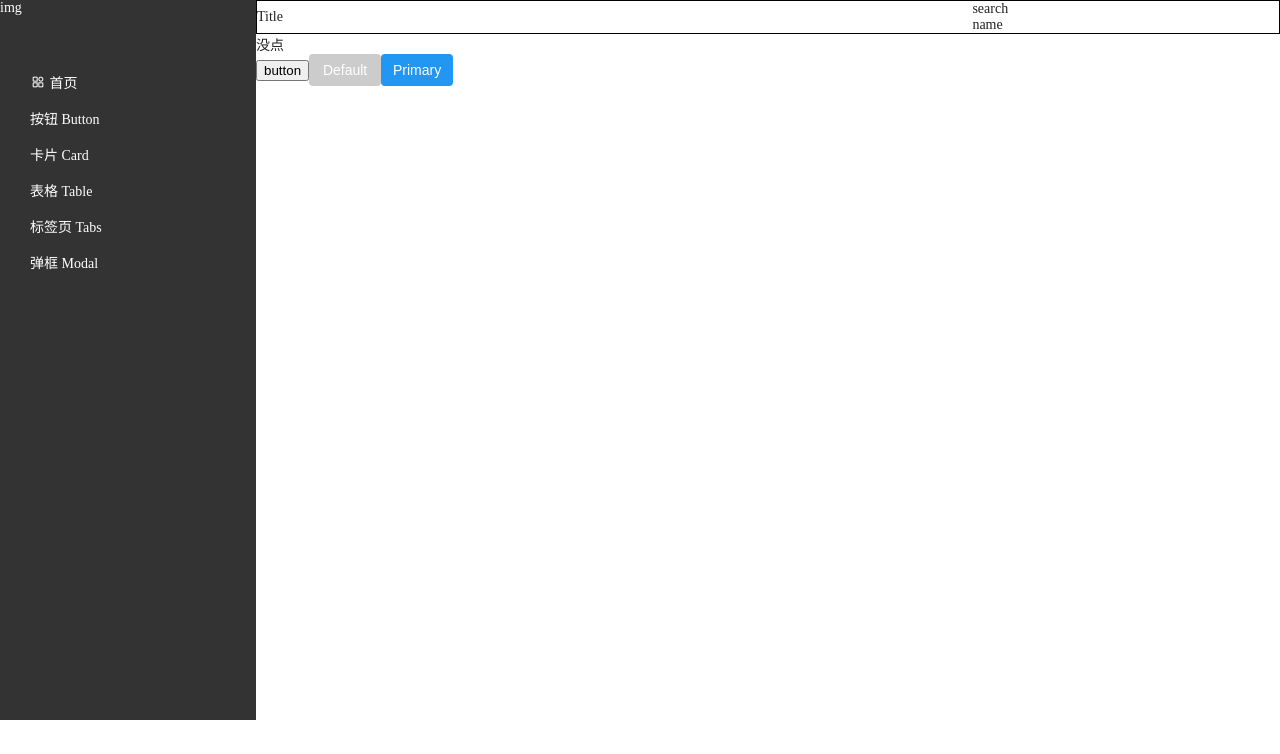
Repository: wyhsunflower/koalaUI
Page: /
The author's editor kept a copy of each file at every save. The page is drawn from the files as they stood at one save, then again after the next save.
The browser window is 1280 px wide. The pictures show the whole page.
The project was rebuilt for these pictures with package versions that can differ from the ones it lists, and the page was loaded fresh each time. Also part of the build but not shown: webpack.config.js, src/components/Modal/Modal.vue. Imported but missing from the stored project, and not drawn on this page: src/views/go/go2.vue.

Above is the page before, as saved 2020-03-12 21:51:43.

After the next save:
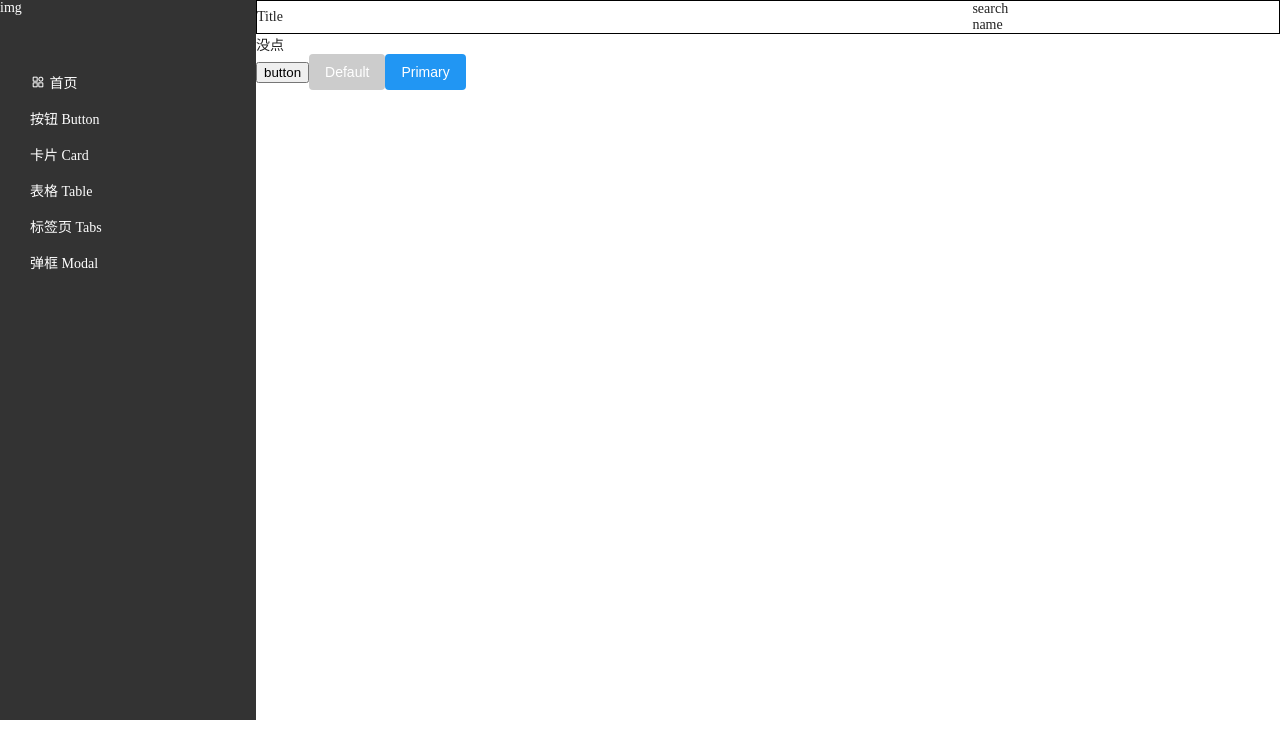
Saved 2 min 20 s later.
--- a/src/components/Button/Button.vue
+++ b/src/components/Button/Button.vue
@@ -39,16 +39,35 @@
 <style lang="scss" scoped >
     @import "../../styles/global.scss";
 .koala-button{
-    padding: 8px 10px;
     background-color:#ccc;
     min-width: 4.5rem;
     border-radius: .25rem;
     color: #fff;
+    font-size: .875rem;
+    font-weight: 300;
+    box-sizing: border-box;
+    position: relative;
+    -webkit-user-select: none;
+    -moz-user-select: none;
+    -ms-user-select: none;
+    user-select: none;
+    cursor: pointer;
     outline: none;
     border: none;
-    cursor: pointer;
-    font-size: .875rem;
-    font-weight: 300;
+    -webkit-tap-highlight-color: transparent;
+    display: inline-block;
+    white-space: nowrap;
+    text-decoration: none;
+    vertical-align: baseline;
+    text-align: center;
+    margin: 0;
+    min-width: 64px;
+    line-height: 36px;
+    padding: 0 16px;
+    border-radius: 4px;
+    overflow: visible;
+    transform: translate3d(0, 0, 0);
+    transition: background 400ms cubic-bezier(0.25, 0.8, 0.25, 1),box-shadow 280ms cubic-bezier(0.4, 0, 0.2, 1);
 }
     .koala-button-default{
         background-color:$color-btn-default;
